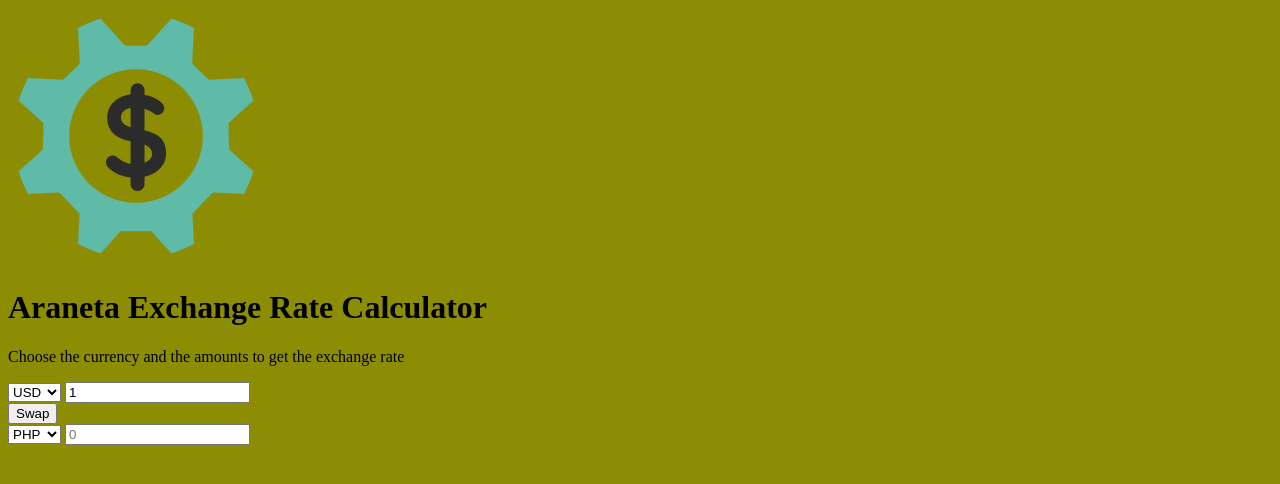
Repository: kenneth1175/ExchangeRateCalculator
Page: index.html
These files come from the project's save history. The page is drawn as it stood at one moment and after the next save; the edit follows.
The browser window is 1280 px wide. The pictures show the whole page.

Above is the page before, as saved 2025-10-03 19:20:04.

### index.html
<!DOCTYPE html>
<html lang="en">
  <head>
    <meta charset="UTF-8" />
    <meta name="viewport" content="width=device-width, initial-scale=1.0" />
    <title>Araneta Exchange Rate Calculator</title>
    <link rel="stylesheet" href="style.css" />
  </head>
  <body>
    <img src="./img/money.png" alt="logo" class="money-img" />
    <h1>Araneta Exchange Rate Calculator</h1>
    <p>Choose the currency and the amounts to get the exchange rate</p>

    <div class="container">
      <div class="currency">
        <select id="currency-one">
          <option value="AED">AED</option>
          <option value="ARS">ARS</option>
          <option value="AUD">AUD</option>
          <option value="BGN">BGN</option>
          <option value="BRL">BRL</option>
          <option value="BSD">BSD</option>
          <option value="CAD">CAD</option>
          <option value="CHF">CHF</option>
          <option value="CLP">CLP</option>
          <option value="CNY">CNY</option>
          <option value="COP">COP</option>
          <option value="CZK">CZK</option>
          <option value="DKK">DKK</option>
          <option value="DOP">DOP</option>
          <option value="EGP">EGP</option>
          <option value="EUR">EUR</option>
          <option value="FJD">FJD</option>
          <option value="GBP">GBP</option>
          <option value="GTQ">GTQ</option>
          <option value="HKD">HKD</option>
          <option value="HRK">HRK</option>
          <option value="HUF">HUF</option>
          <option value="IDR">IDR</option>
          <option value="ILS">ILS</option>
          <option value="INR">INR</option>
          <option value="ISK">ISK</option>
          <option value="JPY">JPY</option>
          <option value="KRW">KRW</option>
          <option value="KZT">KZT</option>
          <option value="MXN">MXN</option>
          <option value="MYR">MYR</option>
          <option value="NOK">NOK</option>
          <option value="NZD">NZD</option>
          <option value="PAB">PAB</option>
          <option value="PEN">PEN</option>
          <option value="PHP">PHP</option>
          <option value="PKR">PKR</option>
          <option value="PLN">PLN</option>
          <option value="PYG">PYG</option>
          <option value="RON">RON</option>
          <option value="RUB">RUB</option>
          <option value="SAR">SAR</option>
          <option value="SEK">SEK</option>
          <option value="SGD">SGD</option>
          <option value="THB">THB</option>
          <option value="TRY">TRY</option>
          <option value="TWD">TWD</option>
          <option value="UAH">UAH</option>
          <option value="USD" selected>USD</option>
          <option value="UYU">UYU</option>
          <option value="VND">VND</option>
          <option value="ZAR">ZAR</option>
        </select>
        <input type="number" id="amount-one" placeholder="0" value="1" />
      </div>

      <div class="swap-rate-container">
        <button class="btn" id="rate">Swap</button>
        <div class="rate" id="rate"></div>
      </div>

      <div class="currency">
        <select id="currency-two">
          <option value="AED">AED</option>
          <option value="ARS">ARS</option>
          <option value="AUD">AUD</option>
          <option value="BGN">BGN</option>
          <option value="BRL">BRL</option>
          <option value="BSD">BSD</option>
          <option value="CAD">CAD</option>
          <option value="CHF">CHF</option>
          <option value="CLP">CLP</option>
          <option value="CNY">CNY</option>
          <option value="COP">COP</option>
          <option value="CZK">CZK</option>
          <option value="DKK">DKK</option>
          <option value="DOP">DOP</option>
          <option value="EGP">EGP</option>
          <option value="EUR">EUR</option>
          <option value="FJD">FJD</option>
          <option value="GBP">GBP</option>
          <option value="GTQ">GTQ</option>
          <option value="HKD">HKD</option>
          <option value="HRK">HRK</option>
          <option value="HUF">HUF</option>
          <option value="IDR">IDR</option>
          <option value="ILS">ILS</option>
          <option value="INR">INR</option>
          <option value="ISK">ISK</option>
          <option value="JPY">JPY</option>
          <option value="KRW">KRW</option>
          <option value="KZT">KZT</option>
          <option value="MXN">MXN</option>
          <option value="MYR">MYR</option>
          <option value="NOK">NOK</option>
          <option value="NZD">NZD</option>
          <option value="PAB">PAB</option>
          <option value="PEN">PEN</option>
          <option value="PHP" selected>PHP</option>
          <option value="PKR">PKR</option>
          <option value="PLN">PLN</option>
          <option value="PYG">PYG</option>
          <option value="RON">RON</option>
          <option value="RUB">RUB</option>
          <option value="SAR">SAR</option>
          <option value="SEK">SEK</option>
          <option value="SGD">SGD</option>
          <option value="THB">THB</option>
          <option value="TRY">TRY</option>
          <option value="TWD">TWD</option>
          <option value="UAH">UAH</option>
          <option value="USD">USD</option>
          <option value="UYU">UYU</option>
          <option value="VND">VND</option>
          <option value="ZAR">ZAR</option>
        </select>
        <input type="number" id="amount-two" placeholder="0" />
      </div>
    </div>
    <script src="script.js"></script>
  </body>
</html>

### style.css
body {
  background-color: rgb(141, 141, 3);
}

Loaded but not shown: script.js (no stored copy; drawn as an empty file)

After the next save:
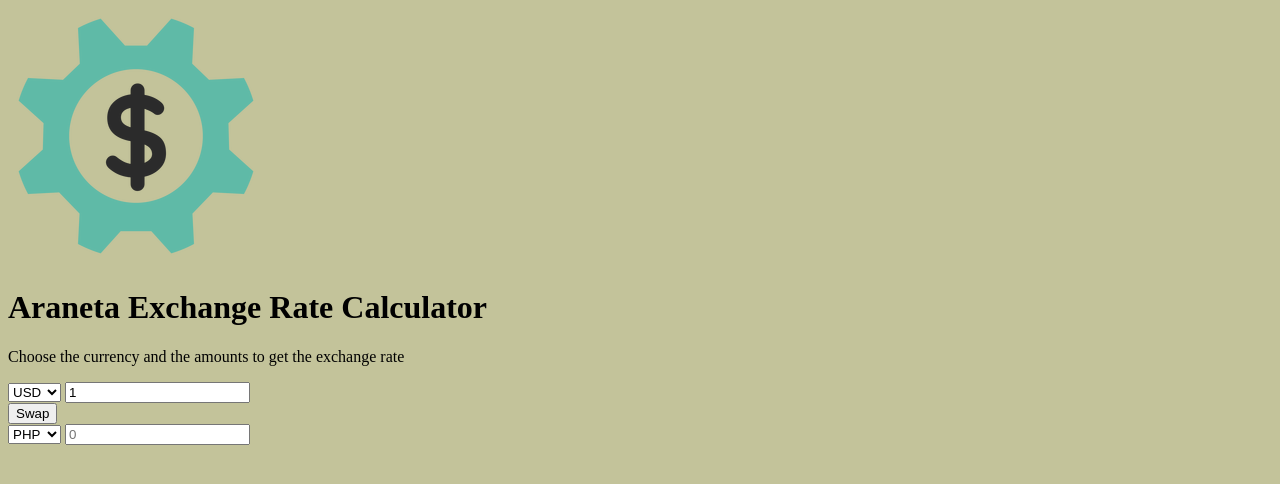
Saved 13 s later.
--- a/style.css
+++ b/style.css
@@ -1,3 +1,3 @@
 body {
-  background-color: rgb(141, 141, 3);
+  background-color: rgb(195, 195, 154);
 }
